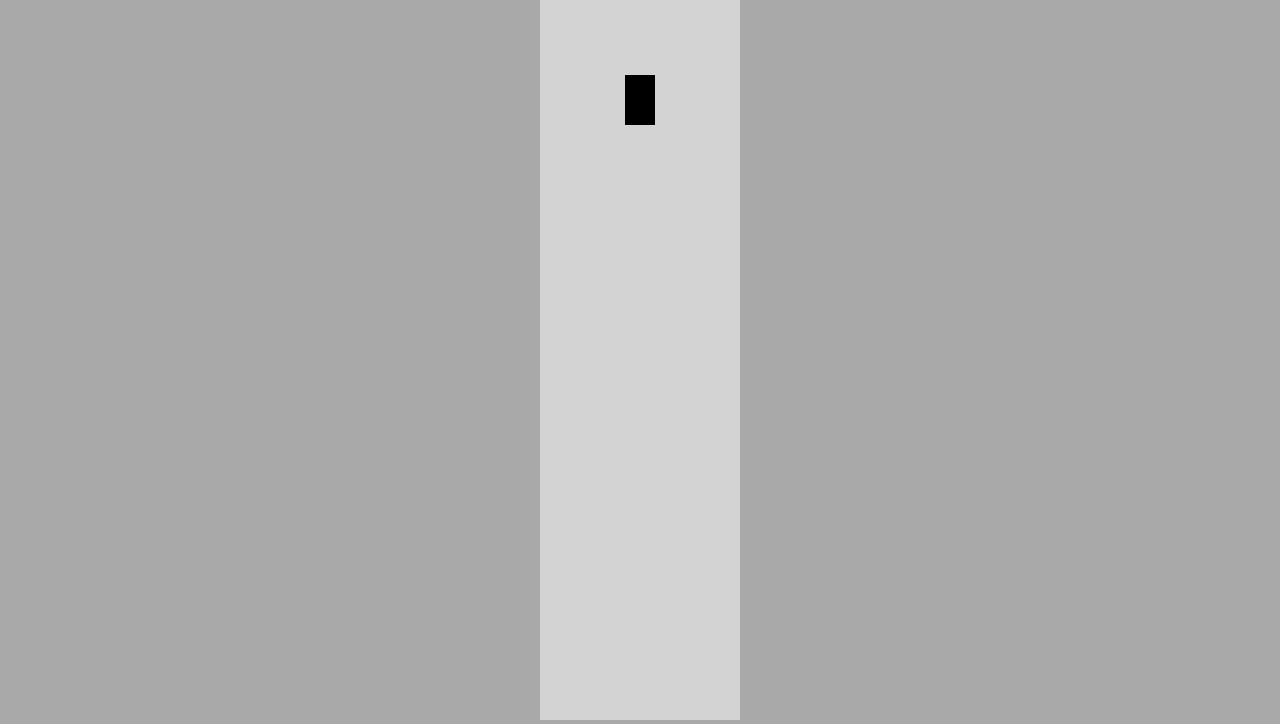
Repository: anonymous1508/Free_roam_car
Page: index.html
These files come from the project's save history. The page is drawn as it stood at one moment and after the next save; the edit follows.
The browser window is 1280 px wide. The pictures show the whole page.

Above is the page before, as saved 2023-09-04 09:53:01.

### index.html
<!DOCTYPE html>
<html lang="en">
<head>
    <meta charset="UTF-8">
    <meta name="viewport" content="width=device-width, initial-scale=1.0">
    <link rel="stylesheet" href="style.css">
    <title>car-driving</title>
</head>
<body>
    <canvas id="myCanvas"></canvas>


<script src="road.js">

</script><script src="controls.js"></script>

 <script src="car.js"></script>


 <script src="main.js"></script>

</body>
</html>

### style.css
body{
    margin:0;
    background:darkgray;
    overflow: hidden;
    text-align: center;
}
#myCanvas{
    background: lightgray;

}

### road.js
class Road{
    constructor(x,width,lanecount=3){
        this.x=x;
        this.width=width;
        this.lanecount=lanecount;

        this.left=x-width/2;
        this.right=x+width/2;

        const infinity=1000000;
        this.tops-=infinity;
        this.bottom=infinity;
    }
    draw(ctx){
        ctx.lineWidth=5;
        ctx.strokeStyle ="white";

        ctx.beginPath();
        ctx.moveTo(this.left,this.top);
        ctx.lineTo(this.left,this.bottom);
        ctx.stroke();

        ctx.beginPath();
        ctx.moveTo(this.right,this.top);
        ctx.lineTo(this.right,this.bottom);
        ctx.stroke();


    }

}

### controls.js
class Controls{
    constructor(){
        this.forward=false;
        this.left=false;
        this.right=false;
        this.reverse=false;

        this.#addKeyboardListeners();
    }

    #addKeyboardListeners(){
        document.onkeydown=(event)=>{
            switch(event.key){
                case "ArrowLeft":
                    this.left=true;
                    break;
                case "ArrowRight":
                    this.right=true;
                    break;
                case "ArrowUp":
                    this.forward=true;
                    break;
                case "ArrowDown":
                    this.reverse=true;
                    break;
            }
        }
        document.onkeyup=(event)=>{
            switch(event.key){
                case "ArrowLeft":
                    this.left=false;
                    break;
                case "ArrowRight":
                    this.right=false;
                    break;
                case "ArrowUp":
                    this.forward=false;
                    break;
                case "ArrowDown":
                    this.reverse=false;
                    break;
            }
        }
    }
}

### car.js
class Car{
    constructor(x,y,width,height){
        this.x=x;
        this.y=y;
        this.width=width;
        this.height=height;

        this.speed=0;
        this.acceleration=0.2;
        this.maxSpeed=3;
        this.friction=0.05;
        this.angle=0;

        this.controls=new Controls();
    }

    update(){
        this.#move();
    }

    #move(){
        if(this.controls.forward){
            this.speed+=this.acceleration;
        }
        if(this.controls.reverse){
            this.speed-=this.acceleration;
        }

        if(this.speed>this.maxSpeed){
            this.speed=this.maxSpeed;
        }
        if(this.speed<-this.maxSpeed/2){
            this.speed=-this.maxSpeed/2;
        }

        if(this.speed>0){
            this.speed-=this.friction;
        }
        if(this.speed<0){
            this.speed+=this.friction;
        }
        if(Math.abs(this.speed)<this.friction){
            this.speed=0;
        }

        if(this.speed!=0){
            const flip=this.speed>0?1:-1;
            if(this.controls.left){
                this.angle+=0.03*flip;
            }
            if(this.controls.right){
                this.angle-=0.03*flip;
            }
        }

        this.x-=Math.sin(this.angle)*this.speed;
        this.y-=Math.cos(this.angle)*this.speed;
    }

    draw(ctx){
        ctx.save();
        ctx.translate(this.x,this.y);
        ctx.rotate(-this.angle);

        ctx.beginPath();
        ctx.rect(
            -this.width/2,
            -this.height/2,
            this.width,
            this.height
        );
        ctx.fill();

        ctx.restore();
    }
}

### main.js


const canvas=document.getElementById("myCanvas");

canvas.width=200;


const ctx=canvas.getContext("2d");
const road= new Road(canvas.width/2,canvas.width*0.9)
const car=new Car(100,100,30,50);
animate();
function animate(){
    car.update();
    canvas.height=window.innerHeight;
    road.draw(ctx);
    car.draw(ctx);
    requestAnimationFrame(animate);
}

After the next save:
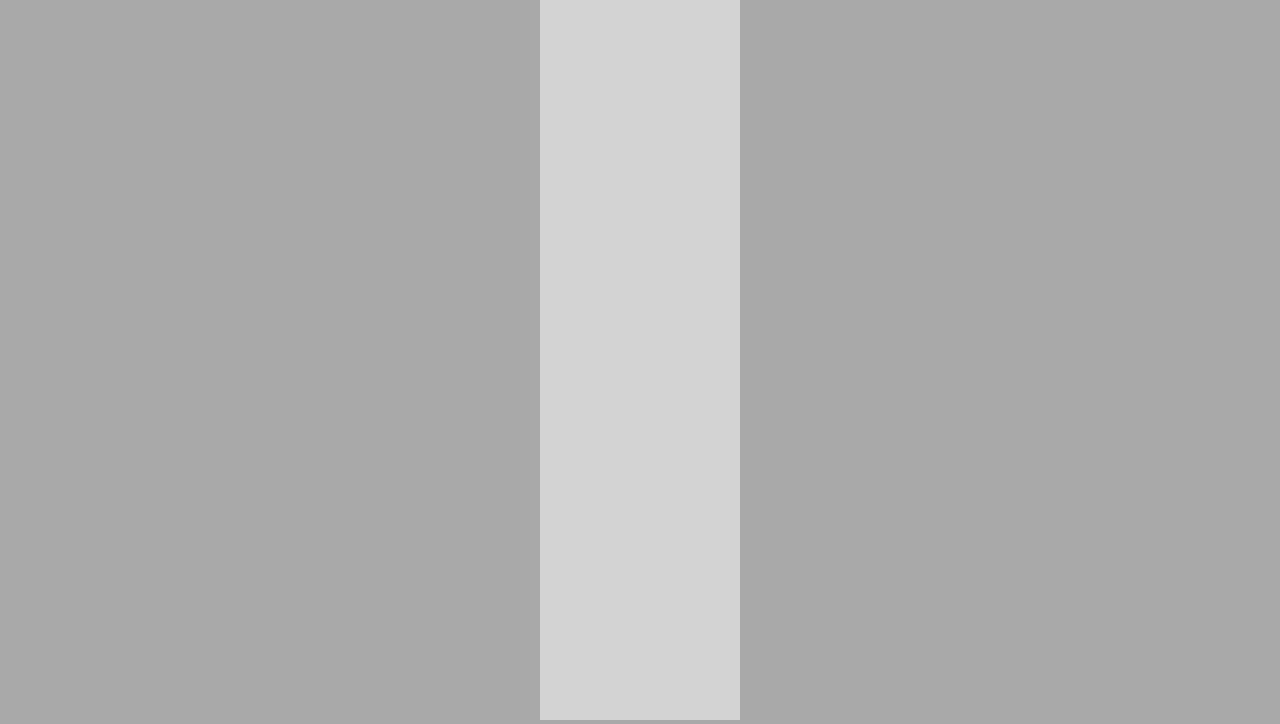
Console error: ReferenceError: x is not defined
Saved 3 min 55 s later.
--- a/road.js
+++ b/road.js
@@ -14,18 +14,27 @@ class Road{
     draw(ctx){
         ctx.lineWidth=5;
         ctx.strokeStyle ="white";
+        for(let i=0;i<=this.lanecount;i++){
+            const x=lerp(
+                this.left,
+                this.right,
+                i/this.lanecount
+            );
+        }
 
         ctx.beginPath();
-        ctx.moveTo(this.left,this.top);
-        ctx.lineTo(this.left,this.bottom);
+        ctx.moveTo(x,this.top);
+        ctx.lineTo(x,this.bottom);
         ctx.stroke();
 
-        ctx.beginPath();
-        ctx.moveTo(this.right,this.top);
-        ctx.lineTo(this.right,this.bottom);
-        ctx.stroke();
+
 
 
     }
 
 }
+
+
+function lerp(A,B,t){
+    return A+(B-A)*t;
+}
